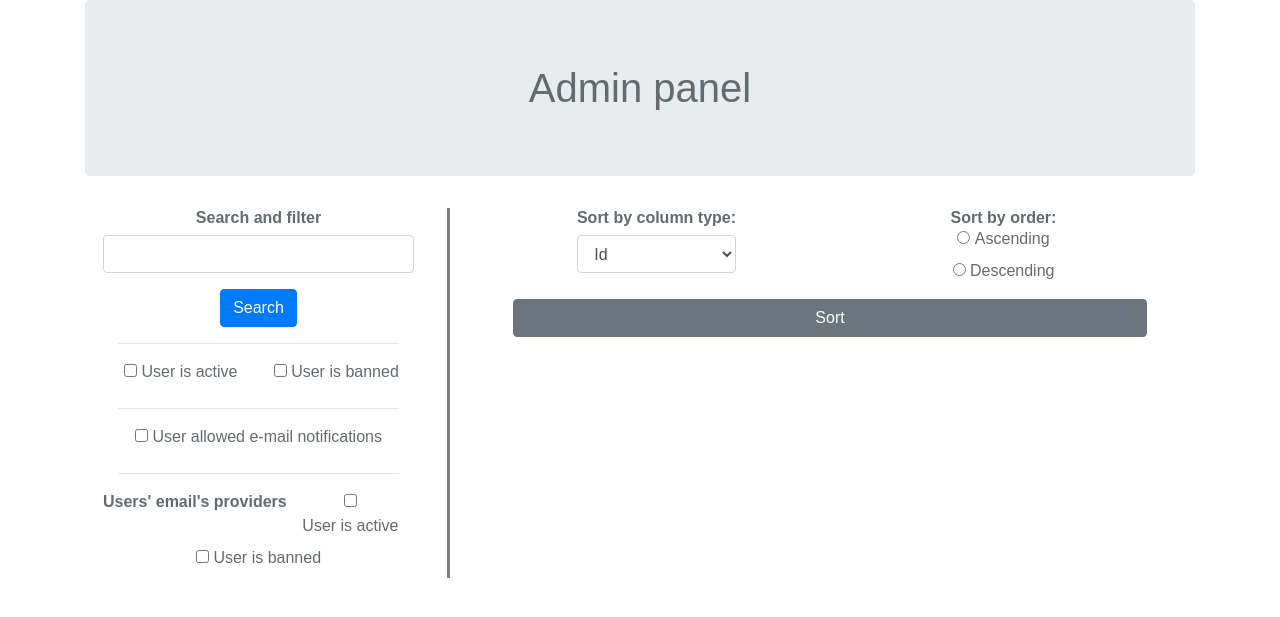
Repository: WOLVGVNG/gameclan
Page: resources/views/admin_panel.blade.php
The author's editor kept a copy of each file at every save. The page is drawn from the files as they stood at one save, then again after the next save.
The browser window is 1280 px wide. The pictures show the whole page.
The page is served by the project's Laravel application, run on PHP 8.4 with Laravel 8. Other server files are loaded and not shown. The template is opened directly, without the code that normally fills it, so the values that code supplies are empty.

Above is the page before, as saved 2019-03-20 19:38:43.

### routes/web.php
<?php

/*
|--------------------------------------------------------------------------
| Web Routes
|--------------------------------------------------------------------------
|
| Here is where you can register web routes for your application. These
| routes are loaded by the RouteServiceProvider within a group which
| contains the "web" middleware group. Now create something great!
|
*/

Route::get('/', 'AdminPanelController@index');

### resources/views/admin_panel.blade.php
@extends('layout.app')
@section('content')
<div class='container text-center'>
    <h1 class='jumbotron'>Admin panel</h1>
    <form action='/' method='GET'>
        <div class='row'>
            <div class='col-md-4 px-4 px-md-5' style='border-right: 3px solid gray'>
                <!-----------------------------SZUKANIE---------------------------->
                <div class='row'>
                    <h6 class='font-weight-bold mx-auto'>Search and filter</h6>
                    <input type='text' class='form-control' name='search' value='{{ session('search') }}'>
                </div>
                <div class='row'>
                    <button type='submit' class='btn btn-primary mt-3 mx-auto'>Search</button>
                </div>
                <hr>

                <!-----------------------------FILTROWANIE---------------------------->
                <div class='row'>
                    <div class='col'>
                        <input type='checkbox' name='filter_active' id='active' value=true @if(session('filter_active')==true) echo checked @endif>
                        <label for='active'>User is active</label>
                    </div>
                    <div class='col'>
                        <input type='checkbox' name='filter_banned' id='banned' value=true @if(session('filter_banned')==true) echo checked @endif>
                        <label for='banned'>User is banned</label>
                    </div>
                </div>
                <hr>
                <div class='row'>
                    <div class='col mx-auto'>
                        <input type='checkbox' name='filter_notifiable_email' id='notifiable_email' value=true @if(session('filter_notifiable_email')==true) echo checked @endif>
                        <label for='notifiable_email'>User allowed e-mail notifications</label>
                    </div>
                </div>
                <hr>
                <div class='row'>
                    <p class='font-weight-bold text-center'>Users' email's providers</p>
                        <div class='col'>
                            <input type='checkbox' name='filter_active' id='active' value=true @if(session('filter_active')==true) echo checked @endif>
                            <label for='active'>User is active</label>
                        </div>
                        <div class='col'>
                            <input type='checkbox' name='filter_banned' id='banned' value=true @if(session('filter_banned')==true) echo checked @endif>
                            <label for='banned'>User is banned</label>
                        </div>
                </div>
            </div>

            <div class='col-md-8 px-4 px-md-5'>
                <!-----------------------------SORTOWANIE---------------------------->
                <div class='row'>
                    <div class='col-sm-6'>
                        <h6 class='font-weight-bold mt-4 mt-md-0'>Sort by column type:</h6>
                        <select class='form-control w-50 mx-auto' name='sort_type' value='{{ session('sort_type') }}'>
                            {{--<option>{{ session('sort_type') }}</option>--}}
                            <option value='id' @if(session('sort_type') == 'id') echo selected @endif>Id</option>
                            <option value='user_name' @if(session('sort_type') == 'user_name') echo selected @endif>User name</option>
                            <option value='email' @if(session('sort_type') == 'email') echo selected @endif>E-mail</option>
                            <option value='notifiable_email' @if(session('sort_type') == 'notifiable_email') echo selected @endif>Notifiable email</option>
                            <option value='email_verified_at' @if(session('sort_type') == 'email_verified_at') echo selected @endif>Email verification date</option>
                            <option value='points' @if(session('sort_type') == 'points') echo selected @endif>Points</option>
                            <option value='steam_id' @if(session('sort_type') == 'steam_id') echo selected @endif>Steam id</option>
                            <option value='facebook_id' @if(session('sort_type') == 'facebook_id') echo selected @endif>Facebook id</option>
                            <option value='google_id' @if(session('sort_type') == 'google_id') echo selected @endif>google id</option>
                            <option value='geo' @if(session('sort_type') == 'geo') echo selected @endif>Country</option>
                            <option value='lang' @if(session('sort_type') == 'lang') echo selected @endif>Language</option>
                            <option value='ref' @if(session('sort_type') == 'ref') echo selected @endif>Ref</option>
                            <option value='ref_status' @if(session('sort_type') == 'ref_status') echo selected @endif>Ref status</option>
                            <option value='ref_code' @if(session('sort_type') == 'ref_code') echo selected @endif>Ref code</option>
                            <option value='deleted_at' @if(session('sort_type') == 'deleted_at') echo selected @endif>The date of removal</option>
                            <option value='created_at' @if(session('sort_type') == 'created_at') echo selected @endif>Creation date</option>
                            <option value='updated_at' @if(session('sort_type') == 'updated_at') echo selected @endif>Update date</option>
                        </select>
                    </div>
                    <div class='col-sm-6'>
                        <h6 class='font-weight-bold my-4 my-md-0'>Sort by order:</h6>
                        <input type='radio' name='sort_order' value='asc' id='asc'
                                @if(session('sort_order') == 'asc') echo checked @endif>
                        <label for='asc'>Ascending</label>
                        <br>
                        <input type='radio' name='sort_order' value='desc' id='desc'
                                @if(session('sort_order') == 'desc') echo checked @endif>
                        <label for='desc'>Descending</label>
                    </div>
                </div>
                <div class='col mt-2 mb-5'>
                    <button type='submit' class='btn btn-block btn-secondary'>Sort</button>
                </div>
            </form>

            <!-----------------------------WYŚWIETLANIE---------------------------->
            @foreach($users as $user)
                <div class='row mb-5 user-part-div'>
                    <div class='user-part-div col'>
                        <p class='font-weight-bold'>id</p>
                        <p>{{$user->id}}</p>
                    </div>
                    <div class='user-part-div col'>
                        <p class='font-weight-bold'>user_name</p>
                        <p>{{$user->user_name}}</p>
                    </div>
                    <div class='user-part-div col'>
                        <p class='font-weight-bold'>email</p>
                        <p>{{$user->email}}</p>
                    </div>
                    @if(isset($user->email_verified_at))
                        <div class='user-part-div col'>
                            <p class='font-weight-bold'>email_verified_at</p>
                            <p>{{$user->email_verified_at}}</p>
                        </div>
                    @endif
                    @if(isset($user->email_verified_at))
                        <div class='user-part-div col'>
                            <p class='font-weight-bold'>remember_token</p>
                            <p>{{$user->remember_token}}</p>
                        </div>
                    @endif
                    <div class='user-part-div col'>
                        <p class='font-weight-bold'>avatar</p>
                        <p>{{$user->avatar}}</p>
                    </div>
                    <div class='user-part-div col'>
                        <p class='font-weight-bold'>points</p>
                        <p>{{$user->points}}</p>
                    </div>
                    @if(isset($user->steam_id))
                        <div class='user-part-div col'>
                            <p class='font-weight-bold'>steam_id</p>
                            <p>{{$user->steam_id}}</p>
                        </div>
                    @endif
                    @if(isset($user->facebook_id))
                        <div class='user-part-div col'>
                            <p class='font-weight-bold'>facebook_id</p>
                            <p>{{$user->facebook_id}}</p>
                        </div>
                    @endif
                    @if(isset($user->google_id))
                        <div class='user-part-div col'>
                            <p class='font-weight-bold'>google_id</p>
                            <p>{{$user->google_id}}</p>
                        </div>
                    @endif
                    <div class='user-part-div col'>
                        <p class='font-weight-bold'>geo</p>
                        <p>{{$user->geo}}</p>
                    </div>
                    <div class='user-part-div col'>
                        <p class='font-weight-bold'>lang</p>
                        <p>{{$user->lang}}</p>
                    </div>
                    @if(isset($user->ref))
                        <div class='user-part-div col'>
                            <p class='font-weight-bold'>ref</p>
                            <p>{{$user->ref}}</p>
                        </div>
                    @endif
                    @if(isset($user->ref_status))
                        <div class='user-part-div col'>
                            <p class='font-weight-bold'>ref_status</p>
                            <p>{{$user->ref_status}}</p>
                        </div>
                    @endif
                    <div class='user-part-div col'>
                        <p class='font-weight-bold'>ref_code</p>
                        <p>{{$user->ref_code}}</p>
                    </div>
                    @if(isset($user->deleted_at))
                        <div class='user-part-div col'>
                            <p class='font-weight-bold'>deleted_at</p>
                            <p>{{$user->deleted_at}}</p>
                        </div>
                    @endif
                    <div class='user-part-div col'>
                        <p class='font-weight-bold'>created_at</p>
                        <p>{{$user->created_at}}</p>
                    </div>
                    @if(isset($user->updated_at))
                        <div class='user-part-div col'>
                            <p class='font-weight-bold'>updated_at</p>
                            <p>{{$user->updated_at}}</p>
                        </div>
                    @endif
                </div>
            @endforeach
        </div>
    </div>

    <!-----------------------------PAGINACJA---------------------------->
    <div class='row'>
        <div class='mx-auto'>
            {{ $users->links() }}
        </div>
    </div>
</div>
@endsection

### resources/views/layout/app.blade.php
<!doctype html>
<html lang="{{ str_replace('_', '-', app()->getLocale()) }}">
    <head>
        <meta charset="utf-8">
        <meta name="viewport" content="width=device-width, initial-scale=1">

        <title>Laravel</title>

        <link rel="stylesheet" href="https://stackpath.bootstrapcdn.com/bootstrap/4.3.1/css/bootstrap.min.css" integrity="sha384-ggOyR0iXCbMQv3Xipma34MD+dH/1fQ784/j6cY/iJTQUOhcWr7x9JvoRxT2MZw1T" crossorigin="anonymous">

        <style>
            html, body {
                background-color: #fff;
                color: #636b6f;
                font-family: 'Nunito', sans-serif;
                font-weight: 200;
                height: 100vh;
                margin: 0;
            }

            .user-part-div {
                border: 2px solid gray;
            }
        </style>
    </head>
    <body>
        @yield('content')

    </body>
</html>

After the next save:
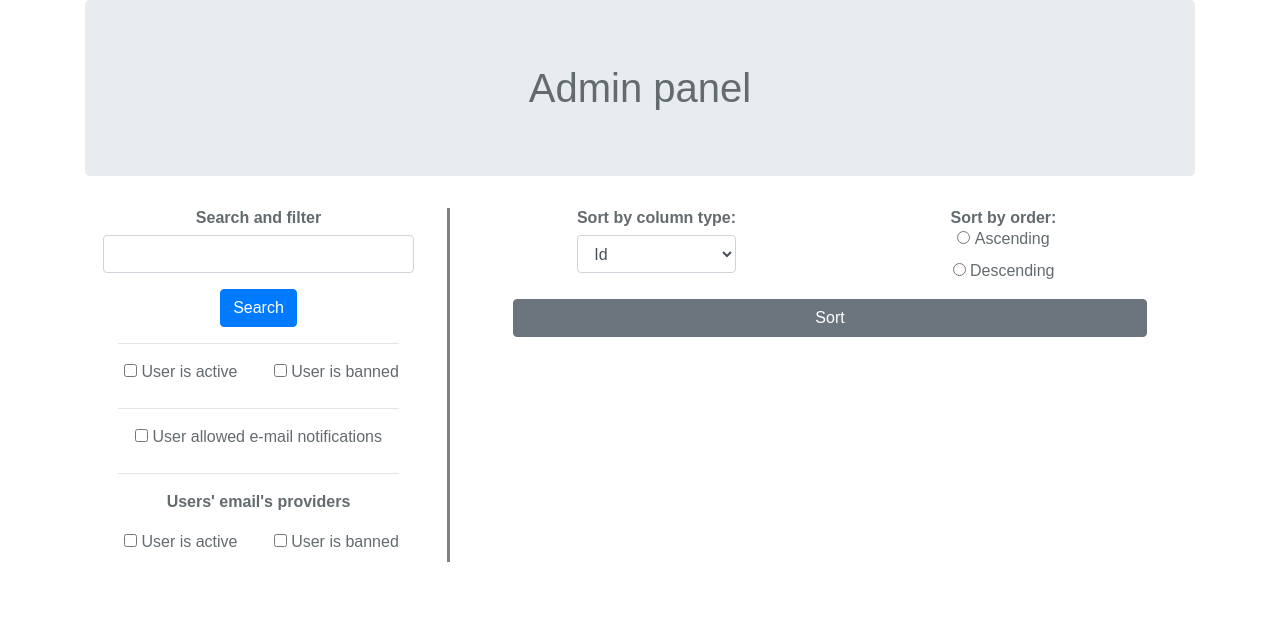
Saved 14 s later.
--- a/resources/views/admin_panel.blade.php
+++ b/resources/views/admin_panel.blade.php
@@ -34,8 +34,9 @@
                     </div>
                 </div>
                 <hr>
+                <p class='font-weight-bold text-center'>Users' email's providers</p>
+
                 <div class='row'>
-                    <p class='font-weight-bold text-center'>Users' email's providers</p>
                         <div class='col'>
                             <input type='checkbox' name='filter_active' id='active' value=true @if(session('filter_active')==true) echo checked @endif>
                             <label for='active'>User is active</label>
